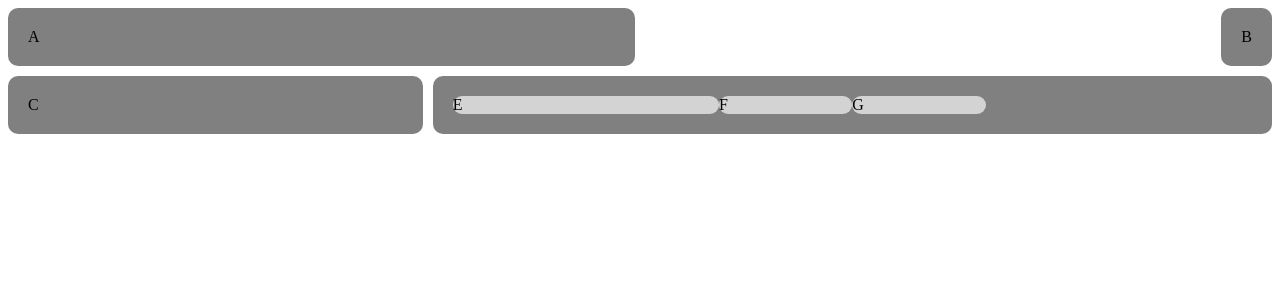
Repository: Yevhen94/nixhw
Page: fourth-lesson/index.html
The author's editor kept a copy of each file at every save. The page is drawn from the files as they stood at one save, then again after the next save.
The browser window is 1280 px wide. The pictures show the whole page.

Above is the page before, as saved 2022-02-08 16:05:16.

### fourth-lesson/index.html
<!DOCTYPE html>
<html lang="en">
  <head>
    <meta charset="UTF-8" />
    <meta http-equiv="X-UA-Compatible" content="IE=edge" />
    <meta name="viewport" content="width=device-width, initial-scale=1.0" />
    <link rel="stylesheet" href="./styles/index.css" />
    <title>Flex+Grid</title>
  </head>
  <body>
    <!-- <div class="first-ex">
      <div class="block block--yellow">
        <span>A</span>
      </div>
      <div class="block block--yellow">
        <span>B</span>
      </div>
      <div class="block block--yellow">
        <span>C</span>
      </div>
      <div class="block block--pink">
        <span>D</span>
      </div>
      <div class="block block--pink">
        <span>E</span>
      </div>
      <div class="block block--pink">
        <span>F</span>
      </div>
      <div class="block block--green">
        <span>G</span>
      </div>
      <div class="block block--green">
        <span>H</span>
      </div>
      <div class="block block--green">
        <span>I</span>
      </div>
      <div class="block block--blue">
        <span>J</span>
      </div>
      <div class="block block--blue">
        <span>K</span>
      </div>
      <div class="block block--blue">
        <span>L</span>
      </div>
    </div> -->
    <!-- <div class="second-ex">
      <div class="resp-block two-in-one">
        <span>A</span>
      </div>
      <div class="resp-block">
        <span>B</span>
      </div>
      <div class="resp-block">
        <span>C</span>
      </div>
      <div class="resp-block">
        <span>D</span>
      </div>
      <div class="resp-block">
        <span>E</span>
      </div>
      <div class="resp-block">
        <span>F</span>
      </div>
      <div class="resp-block four-in-one">
        <span>G</span>
      </div>
      <div class="resp-block">
        <span>H</span>
      </div>
      <div class="resp-block">
        <span>I</span>
      </div>
      <div class="resp-block">
        <span>J</span>
      </div>
      <div class="resp-block three-in-one">
        <span>K</span>
      </div>
      <div class="resp-block">
        <span>L</span>
      </div>
      <div class="resp-block">
        <span>M</span>
      </div>
    </div> -->
    <div class="third-ex">
      <div class="item">
        <span>A</span>
      </div>
      <div class="item">
        <span>B</span>
      </div>
      <div class="item two-row-item">
        <span>C</span>
      </div>
      <div class="item subgrid">
        <div class="subitem subitem-first">
          <span>E</span>
        </div>
        <div class="subitem">
          <span>F</span>
        </div>
        <div class="subitem">
          <span>G</span>
        </div>
      </div>
    </div>
  </body>
</html>

### fourth-lesson/styles/index.css
.first-ex {
  grid-template-columns: repeat(3, 1fr);
  display: grid;
  gap: 10px;
}

.block {
  justify-content: center;
  align-items: center;
  min-height: 150px;
  font-weight: bold;
  min-width: 150px;
  font-size: 30px;
  display: flex;
}

.block--yellow {
  background-color: yellow;
  justify-self: end;
}

.block--pink {
  background-color: pink;
  justify-self: start;
}

.block--green {
  background-color: lightgreen;
  justify-self: center;
}

.block--blue {
  background-color: lightblue;
}

.second-ex {
  grid-template-columns: repeat(auto-fill, minmax(200px, 1fr));
  display: grid;
  gap: 10px;
}

.resp-block {
  background-color: lightgrey;
  justify-content: center;
  align-items: center;
  border-radius: 20px;
  font-weight: bold;
  font-size: 30px;
  padding: 20px;
  display: flex;
}

.two-in-one {
  grid-column: 1 / span 2;
}

.four-in-one {
  grid-column-end: span 2;
  grid-row-end: span 2;
}

.three-in-one {
  grid-column-end: span 3;
}

.third-ex {
  grid-template-columns: repeat(6, 1fr);
  display: grid;
  gap: 10px;
}

.item {
  background-color: grey;
  border-radius: 10px;
  padding: 20px;
}

.item:nth-child(1) {
  grid-column-end: span 3;
}

.item:nth-child(2) {
  grid-column-end: span 3;
  justify-self: end;
}

.item:nth-child(3) {
  grid-column-end: span 2;
  grid-row-end: span 2;
}

.item:nth-child(4) {
  grid-column-end: span 4;
  grid-row-end: span 2;
}

.subgrid {
  /* grid-template-columns: subgrid;
  grid-template-rows: subgrid; */
  grid-template-columns: repeat(6, 1fr);
  display: grid;
}

.subitem {
  background-color: lightgray;
  border-radius: 10px;
}

.subitem:nth-child(1) {
  grid-row-end: span 2;
  grid-column-end: span 2;
}

After the next save:
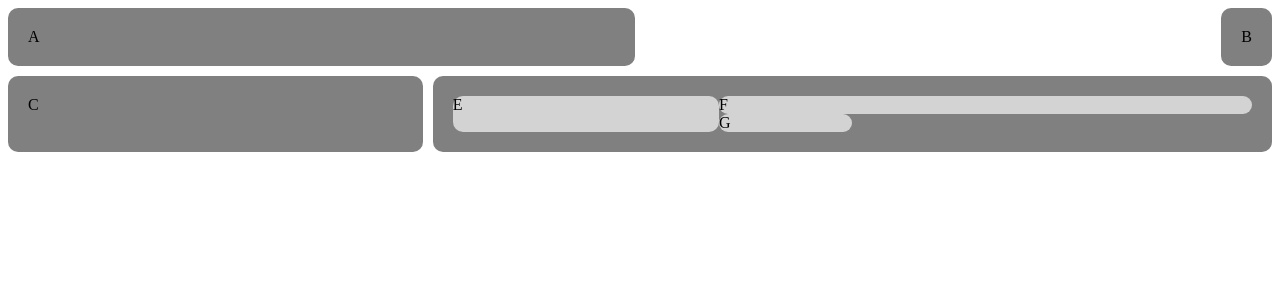
Saved 68 s later.
--- a/fourth-lesson/styles/index.css
+++ b/fourth-lesson/styles/index.css
@@ -110,3 +110,7 @@
   grid-row-end: span 2;
   grid-column-end: span 2;
 }
+
+.subitem:nth-child(2) {
+  grid-column-end: span 4;
+}
